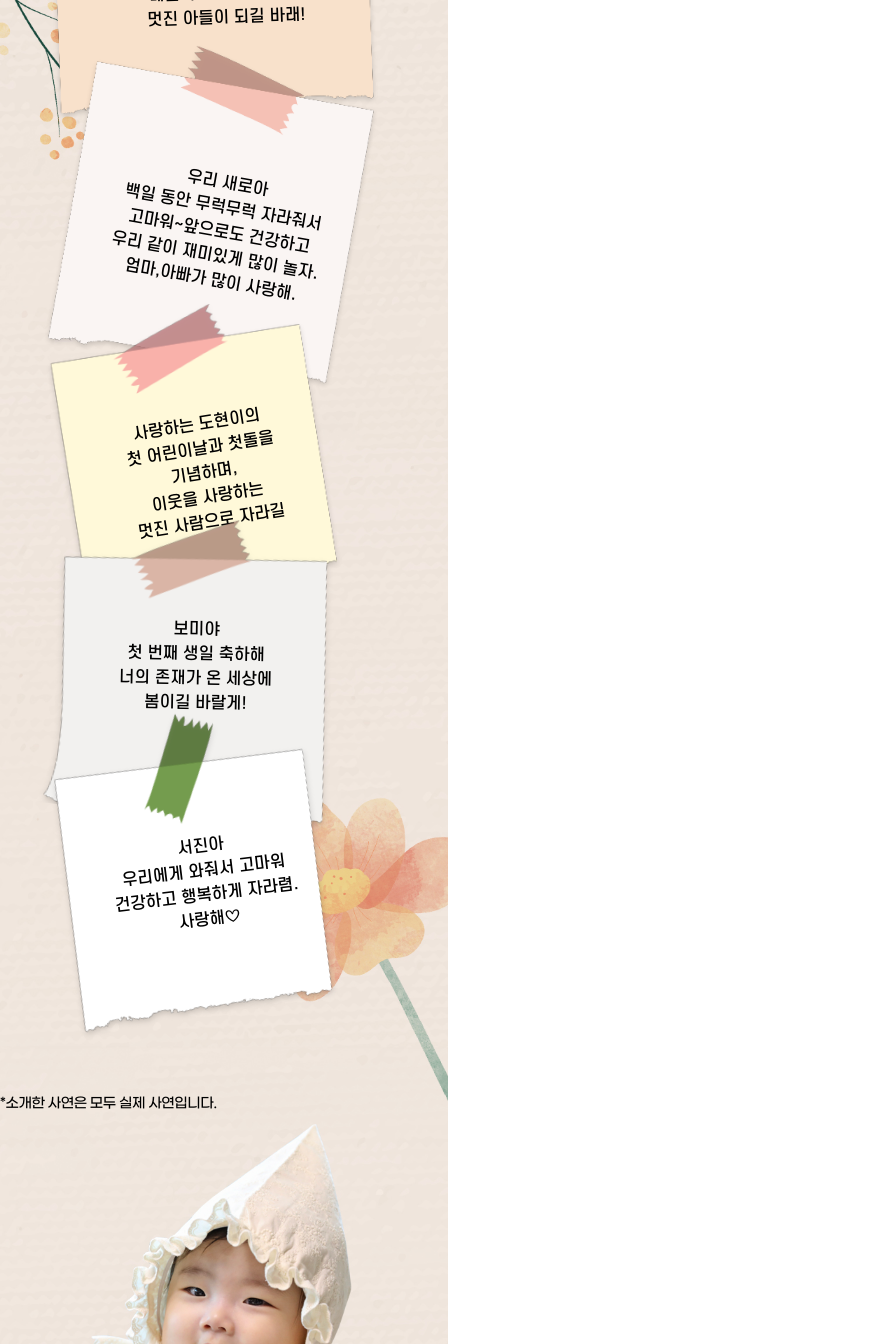
Repository: dlgywls1130/save_children_m
Page: index.html
The author's editor kept a copy of each file at every save. The page is drawn from the files as they stood at one save, then again after the next save.
The browser window is 1280 px wide. The pictures show the part of the page from y = 1359 to 3279 px (the page is 9658 px tall), at 70% of full size.

Above is the page before, as saved 2023-12-13 19:12:18.

### index.html
<!DOCTYPE html>
<html lang="en">
<head>
    <meta charset="UTF-8">
    <meta name="viewport" content="width=device-width, initial-scale=1.0">
    <title>세이브더칠드런</title>

    <link rel="stylesheet" href="./css/reset.css">
    <link rel="stylesheet" href="./css/style.css">

</head>
<body>
    <div class="content_body">
        <section class="section_wrapper section01">
            <div class="se01 se_wrapper">
                <div class="se01_sub">
                    <div class="sub_logo">
                        <img src="./img/logo01.png" alt="logo">
                    </div>
                    <p>우리 아기 좋은 날 기부</p>
                </div>
                <p class="seo01_title">
                    아가야,
                </p>
                <p class="seo01_title_two">
                    너의 <span id="rollingText">탄생</span> 순간을 축하해!
                </p>
                <p class="section_descript mb-45">
                    아이의 건강과 행복을
                    <br>바라는 마음을 담아,
                    <br>탄생, 백일, 첫 걸음마, 첫돌 등
                    <br>내 아이의 소중한 순간을
                    <br>기부로 기념해보세요.
                    <br>함께 자라나는 다른 아이들
                    <br>에게도 큰 축복이 됩니다..
                </p>

                <a class="donation_link" href="javascript:void(0)">우리 아기 좋은 날 기부</a>
            </div>
        </section>
        <section class="section_wrapper section02">
            <div class="se02 se_wrapper">
                <div class="postit_wrapper">
                    <div class="postit postit01">
                        <p>우리 아들 우현이의<br>
                        200일을 축하해.<br>
                        건강하게 자라줘서 고마워 ❤<br>
                        늘 사랑받고 받은 사랑만큼<br>
                        베풀 수 있는 건강하고<br>
                        멋진 아들이 되길 바래!</p>
                    </div>
                    <div class="postit postit02">
                        <p>우리 새로아<Br>
                        백일 동안 무럭무럭 자라줘서<Br>
                        고마워~앞으로도 건강하고<Br>
                        우리 같이 재미있게 많이 놀자.<Br>
                        엄마,아빠가 많이 사랑해.</p>
                    </div>

                    <div class="postit postit05">
                        <p>사랑하는 도현이의<br>
                        첫 어린이날과 첫돌을<br>
                        기념하며, <br>
                        이웃을 사랑하는<br>
                        멋진 사람으로 자라길</p>

                    </div>
                    <div class="postit postit04">
                        <p>보미야<br>
                        첫 번째 생일 축하해<br>
                        너의 존재가 온 세상에<br>
                        봄이길 바랄게!   </p>
                    </div>

                    <div class="postit postit03">
                        <p>서진아<br>
                        우리에게 와줘서 고마워<br>
                        건강하고 행복하게 자라렴.<br>
                        사랑해♡      </p>
                    </div>

                </div>
                <p class="ex_text">*소개한 사연은 모두 실제 사연입니다.</p>

            </div>
        </section>
        <section class="section_wrapper section03">
            <div class="se_wrapper se03">
                <div class="se_title_co">
                    아기의 좋은 날을 기념해 주신 모든 분들께
                    <br>후원감사증서를 보내드립니다.
                </div>
                <div class="se_sub_co">
                    후원감사증서는 아기에게 남기고 싶은 메시지와 아기의 좋은 날이 담긴 사진을 보관할 수 있도록
                    <br>만들어드립니다. 먼 훗날, 아기가 성장해 읽게 될 날을 그리며 편지를 써보세요.
                </div>
            </div>

        </section>
        <section class="section_wrapper section04">
            <div class="se_wrapper se04">
                <div class="se_title_co">
                    이름 자수 순면거즈블랭킷
                </div>
                <div class="se_sub_co">
                    30만원 이상 후원하신 분들께는 순면 거즈 아기 블랭킷(90*110)에
                    <Br>원하시는 이름(영문)을 예쁘게 수놓아 드립니다.
                </div>

                <div class="se04_slide mt-85">
                    <div class="se04_slide_list">
                        <img src="./img/slide01.jpg">
                    </div>
                    <div class="se04_slide_list">
                        <img src="./img/slide02.jpg">
                    </div>
                    <div class="se04_slide_list">
                        <img src="./img/slide03.jpg">
                    </div>
                </div>
            </div>
        </section>
        <section class="section_wrapper section05">
            <div class="se_wrapper se05">
                <div class="se_title_co">
                    후원신청 과정
                </div>

                <div class="se_step_list">
                    <div class="se_step">
                        <p class="step_number">1</p>
                        <div class="step_ico">
                            <img src="./img/icon01.png" alt="img">
                        </div>
                        <p class="step_descript">
                            후원신청하기
                        </p>
                    </div>
                    <div class="se_step">
                        <p class="step_number">2</p>
                        <div class="step_ico">
                            <img src="./img/icon02.png" alt="img">
                        </div>
                        <p class="step_descript">
                            후원감사증서
                            <br>메시지 적기
                        </p>
                    </div>
                    <div class="se_step">
                        <p class="step_number">3</p>
                        <div class="step_ico">
                            <img src="./img/icon03.png" alt="img">
                        </div>
                        <p class="step_descript">
                            신청완료
                        </p>
                    </div>
                    <div class="se_step">
                        <p class="step_number">4</p>
                        <div class="step_ico">
                            <img src="./img/icon04.png" alt="img">
                        </div>
                        <p class="step_descript">
                            후원감사증서 발송
                            <Br>(1주 이내)
                        </p>
                    </div>
                </div>

                <div class="se_sub_co mt-100">
                    30만원 이상 후원해 주신 경우,
                    <br>감사 선물 수령 주소 및 아기 블랭킷에 새겨질 문구 확인을 위한 문자가 발송됩니다.
                </div>

                <a class="donation_link" href="javascript:void(0)">우리 아기 좋은 날 기부</a>
            </div>

        </section>
        <section class="section_wrapper section06">
            <div class="se_wrapper se06">
                <div class="se_title_co">
                    후원금, 이렇게 쓰여요!
                </div>
                <div class="se_sub_co">
                    세이브더칠드런은 <span>국내외 아동을 위한 교육,
                    <Br>보호, 보건영양지원, 아동권리옹호</span> 등의 활동을 해나가고 있습니다.
                </div>
                <div class="se_sub_co">
                    보내주신 후원금은 정치, 종교, 인종에 관계없이 모든 아이를 구해야 한다는
                    <Br>세이브더칠드런의 신념에 따라 <span>가장 도움 필요한 아이를 위해 우선 사용</span>됩니다.
                </div>
            </div>

        </section>
        <section class="section_wrapper section07">
            <div class="se_wrapper se07">
                <div class="se_title_co">
                    FAQ
                </div>
                <div class="accordion">
                    <div class="accordion-item">
                        <h3 class="title">
                            <span>1. 30만원 이상 후원했습니다. 거즈 순면 블랭킷은 언제 오나요?</span>
                            <img src="./img/top.png">
                        </h3>
                        <p class="paragraph">
                            우리아기 축하기부로 30만원 이상 후원자님들께는 담요에 수놓을 아기 이름과
                            <Br>선물 수령 주소 확인을 위한 문자가 발송됩니다.
                            <br>02-6900-4479로 발송되는 문자 속 설문조사에 답해주세요.
                            <br>확인을 완료하신 분들께는 블랭킷 제작을 담당하고 있는 조니 스튜디오에서
                            <br>아기 이름 자수 작업 완료 후 배송해 드립니다.

                        </p>
                    </div>
                    <div class="accordion-item">
                        <h3 class="title">
                            <span>2. 거즈 순면 블랭킷, 안전한 제품인가요?</span>
                            <img src="./img/top.png">
                        </h3>
                        <p class="paragraph">
                            본 블랭킷은 워싱된 3중 거즈로 제작되었으며, KC안전검사를 완료하였습니다.
                            소재 특성상 섬유 조각이 발생할 수 있어 망에 넣지 않고 3번 정도 물빨래 하시는 것을 권장합니다.

                        </p>
                    </div>
                    <div class="accordion-item">
                        <h3 class="title">
                            <span>3. 거즈 순면 블랭킷을 받았는 데 하자가 있어요. 어떻게 해야 하나요? </span>
                            <img src="./img/top.png">
                        </h3>
                        <p class="paragraph">
                            070-4220-4123 (조니스튜디오 CS)로 전화 연락 부탁드립니다. 하자 물품에 대한 교환은 수령일로부터 7일 이내에 조니스튜디오에 연락해주셔야 하며, 이로 인한 후원금 환불은 어렵습니다.
                        </p>
                    </div>
                    <div class="accordion-item">
                        <h3 class="title">
                            <span>4. 후원감사증서에 넣을 수 있는 사진 사이즈는 얼마인가요?</span>
                            <img src="./img/top.png">
                        </h3>
                        <p class="paragraph">
                            사진 인화 사이즈 5*7 인치에 맞추어서 제작되었습니다.  그보다 작은 사진일 경우, 후원감사증서
                            내부의 주머니에 넣어 보관하실 수도  있습니다.

                        </p>
                    </div>
                </div>
            </div>

        </section>
        <section class="section_wrapper section08">
            <div class="se_wrapper se08">
                <div class="se08_postion">
                    <p class="se08_title">우리 아기 좋은 날 기부</p>
                    <p class="se08_descript">
                        탄생, 백일, 첫 걸음마, 첫돌...
                        <br>소중한 우리 아기의 성장을 기념해 보세요!
                        <br>아기의 좋은 날이 모여 세상의 행복이 됩니다.
                    </p>
                    <a href="javascript:void(0)" class="more_btn">
                        <p>자세히보기</p>
                        <svg xmlns="http://www.w3.org/2000/svg" width="16" height="16" fill="currentColor" class="bi bi-chevron-right" viewBox="0 0 16 16">
                            <path fill-rule="evenodd" d="M4.646 1.646a.5.5 0 0 1 .708 0l6 6a.5.5 0 0 1 0 .708l-6 6a.5.5 0 0 1-.708-.708L10.293 8 4.646 2.354a.5.5 0 0 1 0-.708z"/>
                        </svg>
                    </a>
                </div>

            </div>
        </section>
    </div>

    <script src="https://ajax.googleapis.com/ajax/libs/jquery/1.12.4/jquery.min.js"></script>
    <script src="./js/main.js"></script>
</body>
</html>

### css/style.css

/* root */
:root{
    --main-color:#B17A60;
    --pink-color:#F79497;
}


/* font */

/* dongle */
@font-face {
    font-family: 'Dongle';
    font-weight: 300;
    src: url('../font/Dongle-Light.ttf') format('ttf'),
    url('../font/Dongle-Light.woff') format('woff');
}

@font-face {
    font-family: 'Dongle';
    font-weight: 500;
    src: url('../font/Dongle-Regular.ttf') format('ttf'),
    url('../font/Dongle-Regular.woff') format('woff');
}

@font-face {
    font-family: 'Dongle';
    font-weight: 700;
    src: url('../font/Dongle-Bold.ttf') format('ttf'),
    url('../font/Dongle-Bold.woff') format('woff');
}


/* Gmarket */
@font-face {
    font-family: 'GmarketSans';
    font-weight: 300;
    src: url('../font/GmarketSansLight.ttf') format('ttf'),
    url('../font/GmarketSansLight.woff') format('woff');
}

@font-face {
    font-family: 'GmarketSans';
    font-weight: 500;
    src: url('../font/GmarketSansMedium.ttf') format('ttf'),
    url('../font/GmarketSansMedium.woff') format('woff');
}

@font-face {
    font-family: 'GmarketSans';
    font-weight: 700;
    src: url('../font/GmarketSansBold.ttf') format('ttf'),
    url('../font/GmarketSansBold.woff') format('woff');
}


/* nanumsqure */

@font-face {
    font-family: 'NanumSquare';
    font-weight: 400;
    src: url('../font/NanumSquareL.ttf') format('ttf'),
    url('../font/NanumSquareL.woff') format('woff');
}

@font-face {
    font-family: 'NanumSquare';
    font-weight: 500;
    src: url('../font/NanumSquareR.ttf') format('ttf'),
    url('../font/NanumSquareR.woff') format('woff');
}

@font-face {
    font-family: 'NanumSquare';
    font-weight: 600;
    src: url('../font/NanumSquareB.ttf') format('ttf'),
    url('../font/NanumSquareB.woff') format('woff');
}

@font-face {
    font-family: 'NanumSquare';
    font-weight: 700;
    src: url('../font/NanumSquareEB.ttf') format('ttf'),
    url('../font/NanumSquareEB.woff') format('woff');
}



/* scdream5 */
@font-face {
    font-family: 'SCDream5';
    src: url('../font/SCDream5.woff') format('woff'),
    url('../font/SCDream5.ttf') format('ttf'),
    url('../font/SCDream5.otf') format('otf');
}


.section_wrapper{
    max-width:1920px;
    width: 100%;

}

.se_wrapper{
    max-width: 640px;
    width: 100%;
    position: relative;
    box-sizing: border-box;
}


/* section01 */


.section01{
    background: url('../img/back01.jpg') no-repeat;
    height: 940px;

}

.se01{
    padding: 145px 10px 92px 60px;
    box-sizing: border-box;
}
.se01_sub{
    display: flex;
    align-items: center;
    margin-bottom: 70px;
}

.sub_logo{
    width: 125px;
    height: 40px;
    margin-right: 10px;
}

.sub_logo img{
    width: 100%;
    height: 100%;
    object-fit: contain;
}

.se01_sub p{
    width: 190px;
    height: 30px;
    background: #B17A60;
    border-radius: 15px;
    display: flex;
    align-items: center;
    justify-content: center;
    letter-spacing: -0.03em;
    font-size: 15px;
    font-weight: 700;
    font-family: 'GmarketSans',sans-serif;
    color: #fff;
}

.seo01_title{
    font-family: 'Dongle',sans-serif;
    font-weight: 500;
    font-size: 120px;
    color: var(--main-color);
    letter-spacing: -0.03em;
}

.seo01_title_two{
    font-family: 'Dongle',sans-serif;
    font-weight: 500;
    font-size: 90px;
    color: var(--main-color);
    letter-spacing: -0.03em;
    margin-top: -7%;
    margin-bottom: 50px;
    display: flex;
    align-items: center;
}

.seo01_title_two span{
    margin: 0 1.5rem;
}
.section_descript{
    font-size: 20x;
    line-height: 30px;
    font-family: 'GmarketSans';
    font-weight: 500;
    letter-spacing: -0.03em;
    color: #000;
}

.donation_link{
    width: 300px;
    height: 50px;
    border-radius: 100px;
    display: flex;
    align-items: center;
    justify-content: center;
    background: var(--pink-color);
    color: #fff;
    font-family: 'GmarketSans';
    font-size: 20px;
    font-weight: 700;
    letter-spacing: -0.03em;
    text-decoration: none;
    margin: 145px auto 0;
}


@keyframes roll {
    from {
        transform: translateY(40%);
        opacity: 0;
    }
    to {
        transform: translateY(0);
        opacity: 1;
    }
  }


  #rollingText.animate-text {
    animation: roll 0.5s ease-in-out;
}

/* section02 */

.section02{
    height: 2800px;
    background: url('../img/back02.jpg') no-repeat;
}

.se02{
    box-sizing: border-box;
    height: 100%;
}
.postit_wrapper{
    width: 100%;
    padding: 76px 60px 96px;
    position: relative;
}

.ex_text{
    font-family: 'GmarketSans';
    font-size: 20px;
    font-weight: 500;
    letter-spacing: -0.03em;
}


.postit p{
    font-family: 'SCDream5';
    font-size: 23px;
    line-height: 35px;
    text-align: center;
    display: flex;
    justify-content: center;
    align-items: center;
    height: 100%;
}

.postit01{
    background:url('../img/post04.png') no-repeat;
    width: 520px;
    height: 520px;
    background-size: contain;
    box-sizing: border-box;
}

.postit01 p{
    transform: rotate(358deg);
    padding-top: 20px;
}

.postit02{
    background: url('../img/post05.png') no-repeat;
    width: 510px;
    height: 510px;
    background-size: contain;
    box-sizing: border-box;
    margin-top: -19%;
}

.postit02 p{
    transform: rotate(10deg);
    padding-top: 20px;
}

.postit03{
    background:url('../img/post02.png') no-repeat;
    width: 459px;
    height: 459px;
    background-size: contain;
    box-sizing: border-box;
    margin-top: -25%;
    transform: rotate(-14deg);
}

.postit03 p{
    transform: rotate(7deg);
    padding-top: 20px;
}

.postit04{
    background: url(../img/post03.png) no-repeat;
    width: 440px;
    height: 440px;
    background-size: cover;
    box-sizing: border-box;
    margin-top: -24%;
    transform: rotate(7deg);
}

.postit04 p{
    transform: rotate(354deg);
}

.postit05{
    background:url('../img/post01.png') no-repeat;
    width: 460px;
    height: 460px;
    background-size: contain;
    box-sizing: border-box;
    margin-top: -22%;
}

.postit05 p{
    transform: rotate(-9deg);
    padding-top: 20px;
}

/* section03 */

.section03{
    height: 1340px;
    background: url('../img/back04.jpg') no-repeat;
}

.se03{
    padding: 123px 0 96px;
    box-sizing: border-box;
    height: 100%;
}


.se_title_co{
    font-size: 120px;
    line-height: 120px;
    letter-spacing: -0.03em;
    font-family: 'Dongle';
    font-weight: 500;
    color: var(--main-color);
    text-align: center;
}

.se_sub_co{
    font-size: 25px;
    letter-spacing: -0.03em;
    line-height: 50px;
    font-family: 'GmarketSans';
    font-weight: 500;
    text-align: center;
    margin-top: 50px;
}

/* section04 */

.section04{
    height: 1340px;
    background: url('../img/back05.jpg') no-repeat;
}

.se04{
    padding: 120px 0 130px;
    box-sizing: border-box;
    height: 100%;
}

.se04_slide{
    width: 944px;
    margin: 0 auto;
}


.slick-prev,
.slick-next {
    background: transparent;
    border: none;
    cursor: pointer;
    font-size: 0;
}

.slick-prev {

    width: 48px;
    height: 40px;
    position: absolute;
    left: -6%;
    top: 50%;
    transform: translateY(-50%);
    z-index: 1;
    background-size: contain;
}

.slick-next {

    width: 48px;
    height: 40px;
    position: absolute;
    right: -6%;
    top: 50%;
    transform: translateY(-50%);
    background-size: contain;
}

.slick-next  img,
.slick-prev img{
    width: 100%;
    height: 100%;
    object-fit: contain;
}

/* section05 */
.section05{
    height: 1080px;
    background: url('../img/back07.jpg') no-repeat;
}

.se05{
    padding: 150px 0 140px;
    box-sizing: border-box;
    height: 100%;
}

.se_step_list{
    display: flex;
    align-content: center;
    column-gap: 88px;
    margin-top: 90px;
    position: relative;
}

.se_step_list::after{
    position: absolute;
    content: '';
    top: 38%;
    transform: translate(0,-50%);
    border-top: 2px dashed var(--pink-color);
    width: 100%;
}

.se_step_list .se_step{
    position: relative;
}

.step_number{
    font-size: 25px;
    letter-spacing: -0.03em;
    line-height: 35px;
    font-weight: 700;
    font-family: 'GmarketSans';
    position: absolute;
    left: 19%;
    top: 0;
    color: var(--main-color);
    z-index: 2;
}

.se_step_list .se_step .step_ico{
    width: 200px;
    height: 200px;
    border-radius: 50%;
    background-color: #fff;
    display: flex;
    align-items: center;
    justify-content: center;
    position: relative;
    z-index: 1;
}

.se_step_list .se_step .step_ico img {
    width: 138px;
    height: 138px;
    object-fit: contain;
    object-position: 73%;
}

.step_descript{
    font-size: 20px;
    letter-spacing: -0.03em;
    line-height: 23px;
    font-weight: 500;
    font-family: 'GmarketSans';
    text-align: center;
    margin-top: 20px;
    color: var(--main-color);
}

.se_step_list .se_step:first-child .step_ico::before{
    display: none;
}

.se_step_list .se_step:last-child .step_ico::after{
    display: none;
}

.se_step_list .step_ico::before{
    position: absolute;
    content: '';
    top: 50%;
    left: -5px;
    transform: translate(0,-50%);
    width: 10px;
    height: 10px;
    border-radius: 50%;
    background-color: var(--pink-color);
}


.se_step_list .step_ico::after{
    position: absolute;
    content: '';
    top: 50%;
    right: -5px;
    transform: translate(0,-50%);
    width: 10px;
    height: 10px;
    border-radius: 50%;
    background-color: var(--pink-color);
}

/* section06 */
.section06{
    height:700px;
    background: url('../img/back06.jpg') no-repeat;
}

.se06{
    padding: 150px 0;
    height: 100%;
    box-sizing: border-box;
}


.se_sub_co span{
    font-weight: 700;
}
/* section07 */

.section07{
    height:1080px;
    background: url('../img/back02.jpg') no-repeat;
}

.se07{
    padding: 100px 0;
    height: 100%;
    box-sizing: border-box;
}


.accordion{
    margin-top: 80px;
}
.accordion-item {
    padding:15px 0;
    margin: 0;
    overflow: hidden;
}

.accordion-item .title {
    display: flex;
    justify-content: space-between;
    align-items: center;
    font-weight: 700;
    font-size: 30px;
    letter-spacing: -0.03em;
    cursor: pointer;
    width: 100%;
    height: 80px;
    border-radius: 50px;
    background-color: #fff;
    color: var(--main-color);
    padding: 0 30px;
    font-family: 'GmarketSans';
    box-sizing: border-box;
}

.accordion-item .title img {
    font-size: 0.9rem;
    color: #454545;
    transform: rotate(0);
    transition: transform 0.15s ease;
}

.accordion-item .paragraph {
    font-weight: 500;
    font-size: 25px;
    letter-spacing: -0.03em;
    color: #000;
    display: none;
    padding: 50px 70px 35px;
    list-style: inside;
    line-height: 50px;
    font-family: 'GmarketSans';
}

.accordion-item .paragraph .indent{
    text-indent: 1rem;
}


.accordion-item .paragraph span{
    font-weight: bold;
}

.accordion-item.active .title img{
    transform: rotate(180deg);
}

.accordion-item.active .paragraph {
    display: block;
}


/* section08 */

.section08{
    height:378px;
    background: url('../img/banner.jpg') no-repeat;
}
.se08{
    position: relative;
    height: 100%;
}

.se08_postion{
    position: absolute;
    top: 80px;
    left: 50%;
}

.se08_title{
    font-family: 'NanumSquare';
    font-weight: 600;
    font-size: 23px;
    letter-spacing: -0.05em;
    line-height: 50px;
    position: relative;
}

.se08_title::before{
    position: absolute;
    content: '';
    top: -7px;
    width: 32px;
    height: 3px;
    background-color:#543F2C;
    left: 0;
}

.se08_descript{
    font-family: 'NanumSquare';
    font-weight: 500;
    font-size: 19px;
    line-height: 28px;
    letter-spacing: -0.06em;
}

.more_btn{
    margin-top: 38px;
    width: 150px;
    height: 40px;
    background: #543F2C;
    display: flex;
    align-items: center;
    justify-content: center;
    text-decoration: none;
}

.more_btn p{
    font-family: 'NanumSquare';
    font-weight: 500;
    font-size: 18px;
    color: #fff;

}

.more_btn svg{
    fill: #fff;
}

Loaded but not shown: js/main.js (46 lines, source omitted); css/reset.css (45 lines, source omitted)

After the next save:
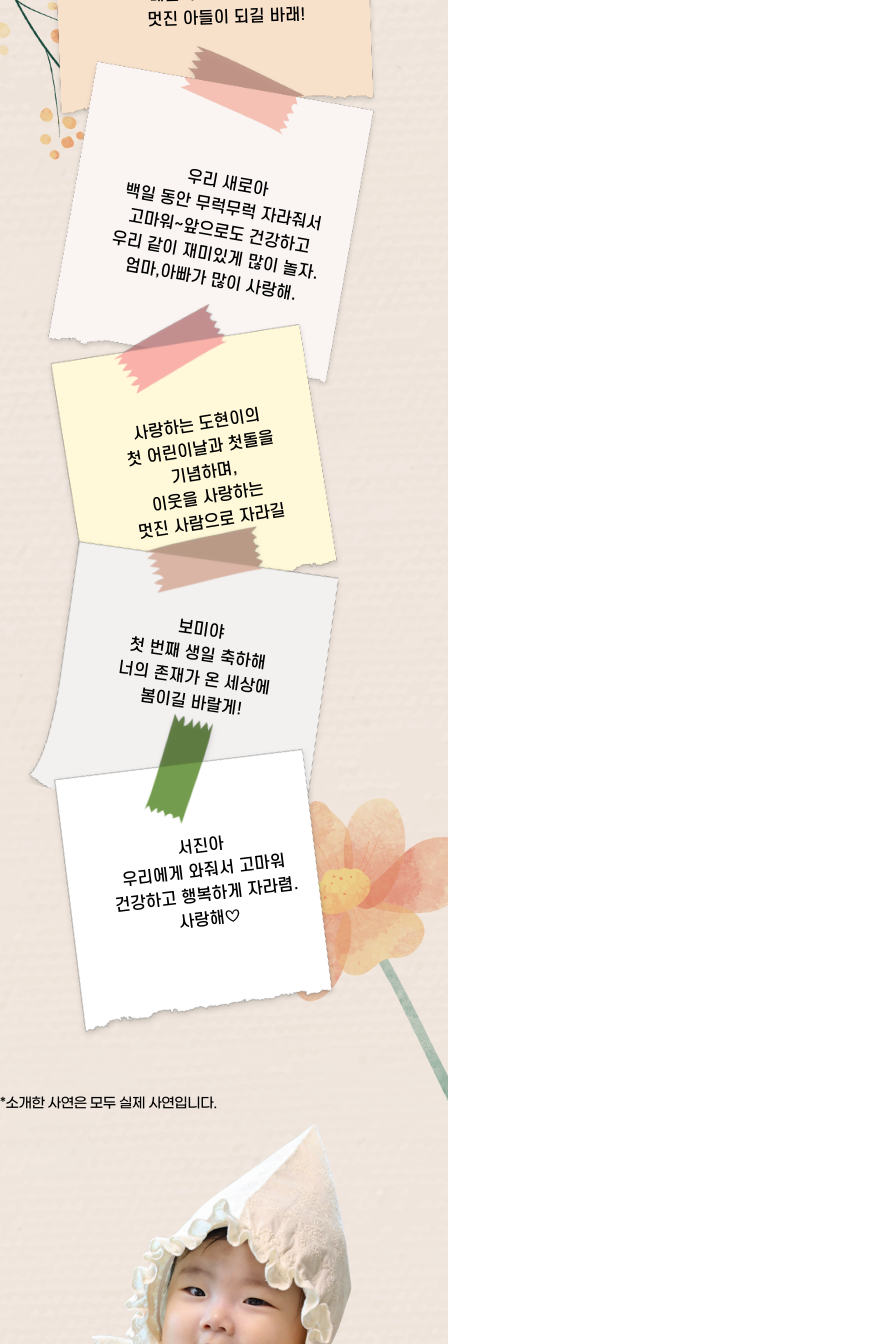
Saved 5 s later.
--- a/css/style.css
+++ b/css/style.css
@@ -306,7 +306,7 @@
     background-size: cover;
     box-sizing: border-box;
     margin-top: -24%;
-    transform: rotate(7deg);
+    transform: rotate(14deg);
 }
 
 .postit04 p{
